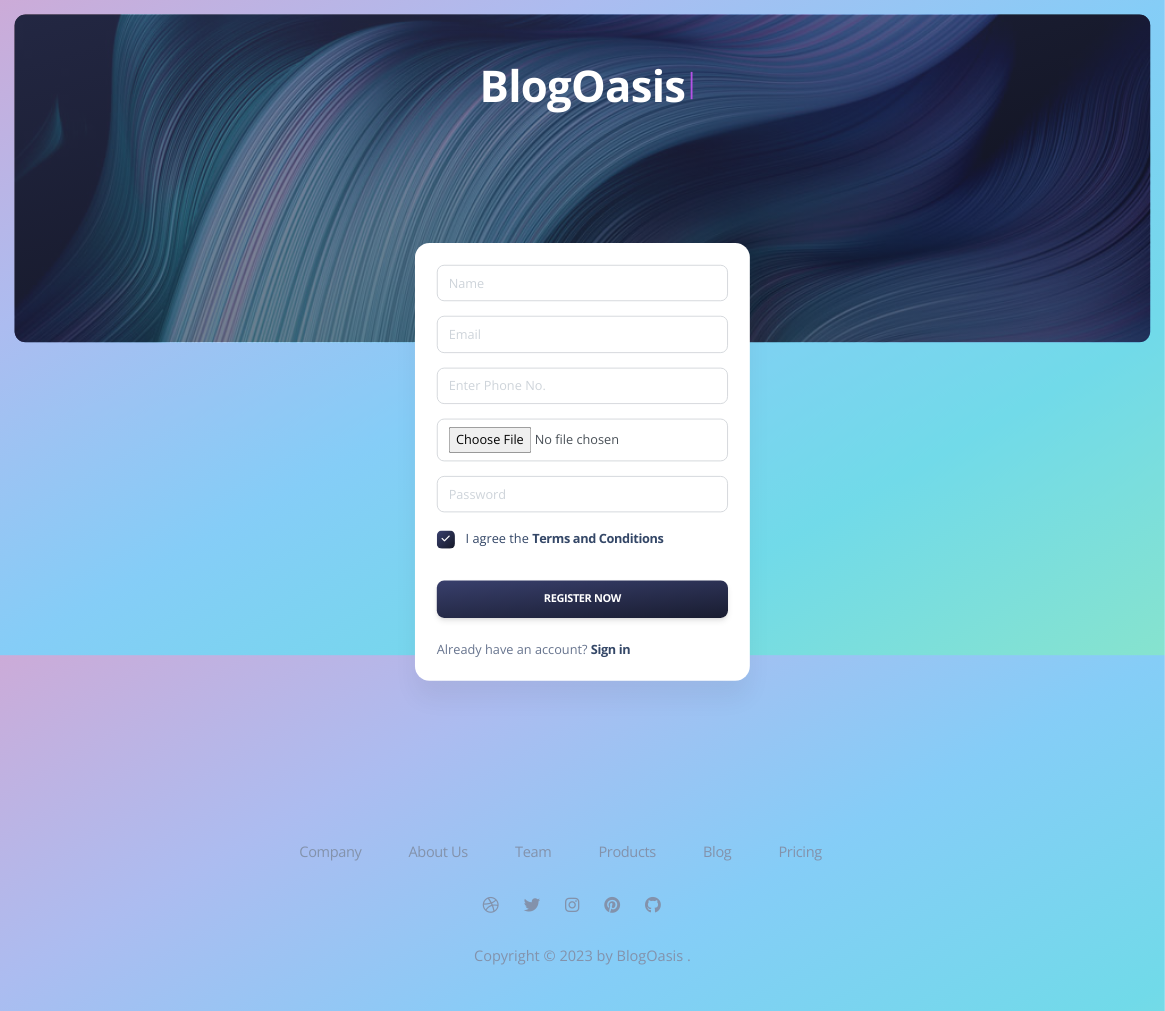
Repository: jigar-64/BlogOasis
Page: http://localhost/blogoasis/admin/pages/sign-up.php
An editor plug-in stored every save of this project. The page is shown before and after the next save, followed by the edit.
The browser window is 1280 px wide. The pictures show the whole page, at 91% of full size.
Backgrounds fixed to the window are drawn as part of the page. Some web libraries are served in a nearby version. The page is run by PHP 8.4 with error messages shown; the project is at /var/www/html/.

Above is the page before, as saved 2023-08-13 02:29:43.

After the next save:
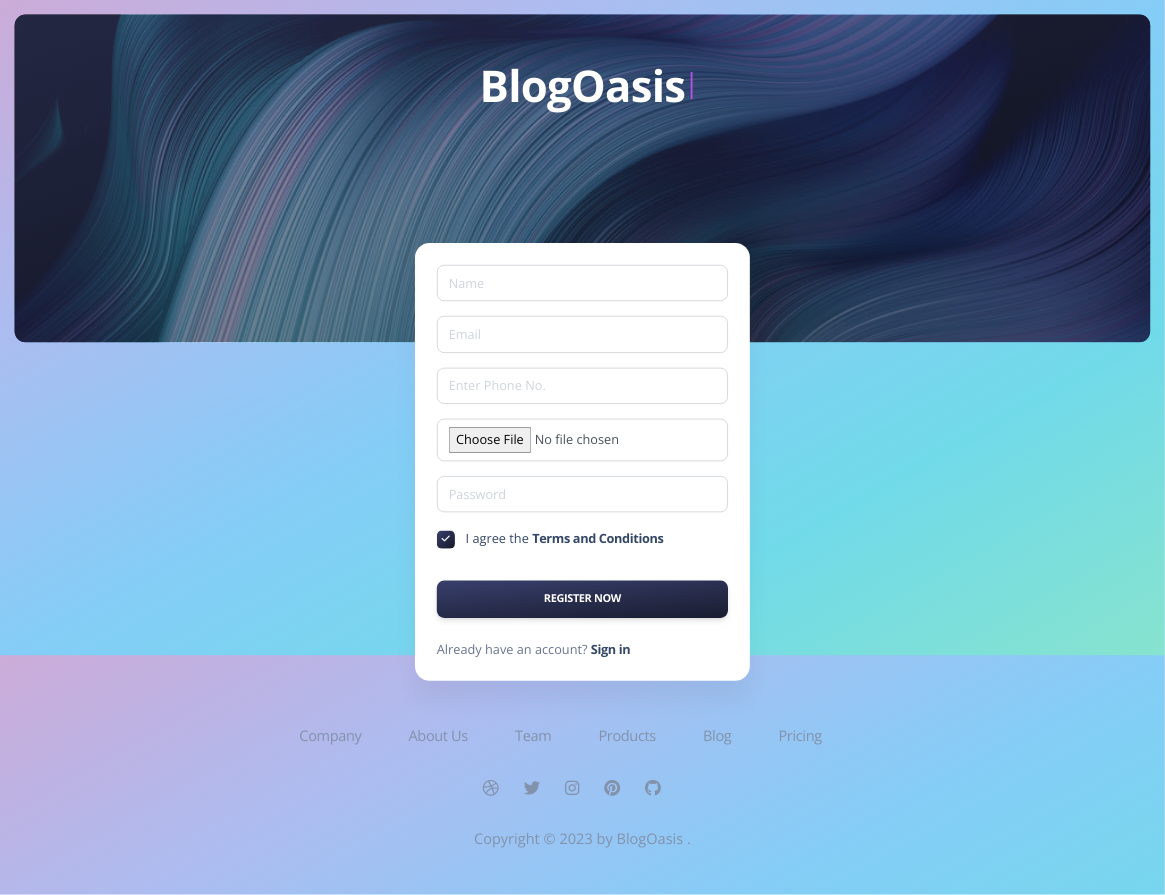
Saved 71 s later.
--- a/BlogOasis API/admin/pages/sign-up.php
+++ b/BlogOasis API/admin/pages/sign-up.php
@@ -79,7 +79,7 @@
 
 
     <main class="mt-0 transition-all duration-200 ease-soft-in-out">
-      <section class="min-h-screen mb-32">
+      <section class="min-h-screen ">
         <div class="relative flex items-start pt-12 pb-56 m-4 overflow-hidden bg-center bg-cover min-h-50-screen rounded-xl" style="background-image: url('../assets/img/curved-images/curved14.jpg')">
           <span class="absolute top-0 left-0 w-full h-full bg-center bg-cover bg-gradient-to-tl from-gray-900 to-slate-800 opacity-60"></span>
           <div class="container z-10">
